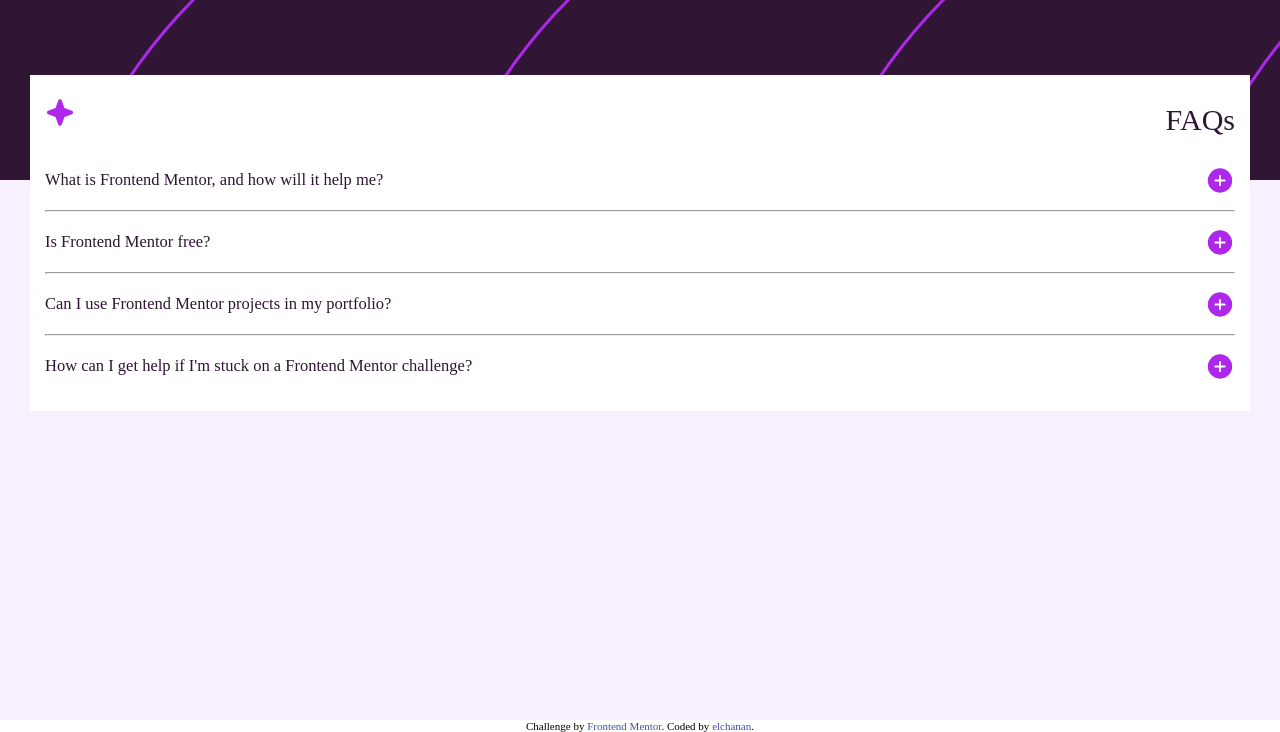
Repository: elchananChen/frontend-mentor-projects
Page: 2024/10/faQs/index.html
These files come from the project's save history. The page is drawn as it stood at one moment and after the next save; the edit follows.
The browser window is 1280 px wide. The pictures show the whole page.

Above is the page before, as saved 2024-10-13 22:57:55.

After the next save:
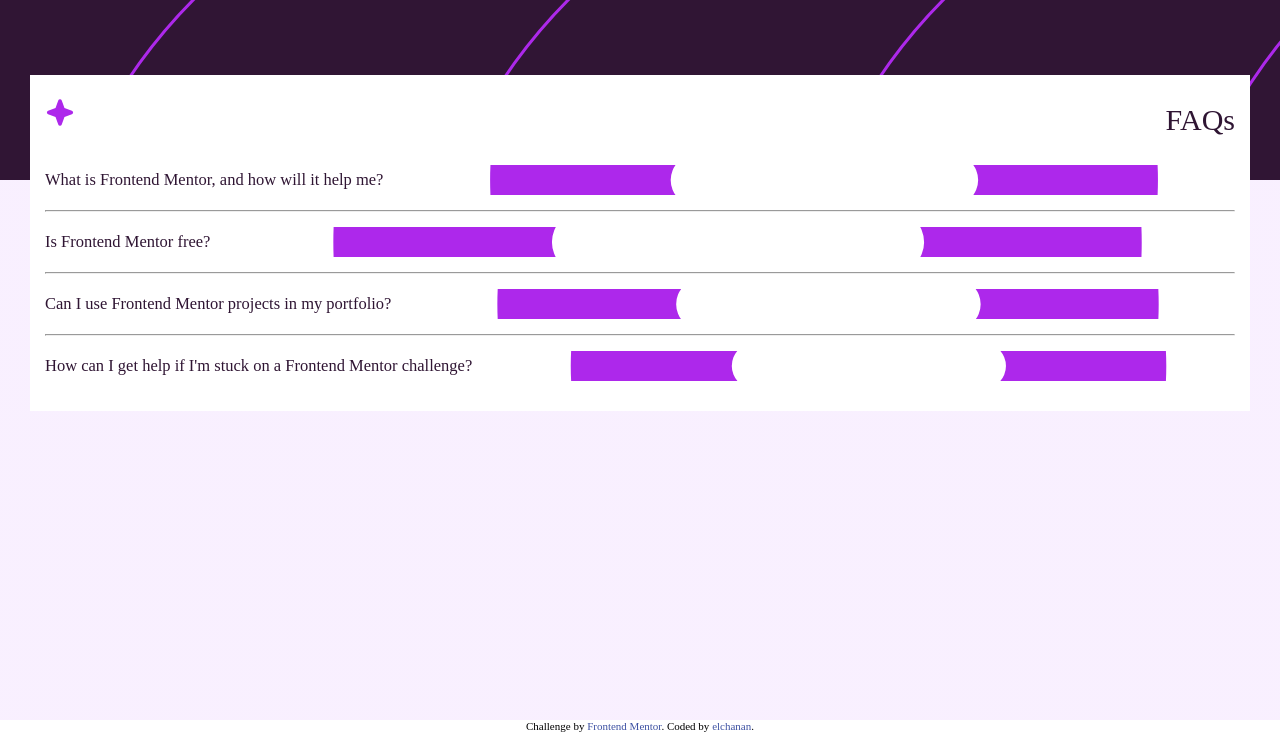
Saved 17 s later.
--- a/2024/10/faQs/style.css
+++ b/2024/10/faQs/style.css
@@ -49,5 +49,5 @@
   width: 2rem;
   height: 2rem;
   object-fit: cover;
-  fle
+  flex-grow: 1;
 }

After the save that followed:
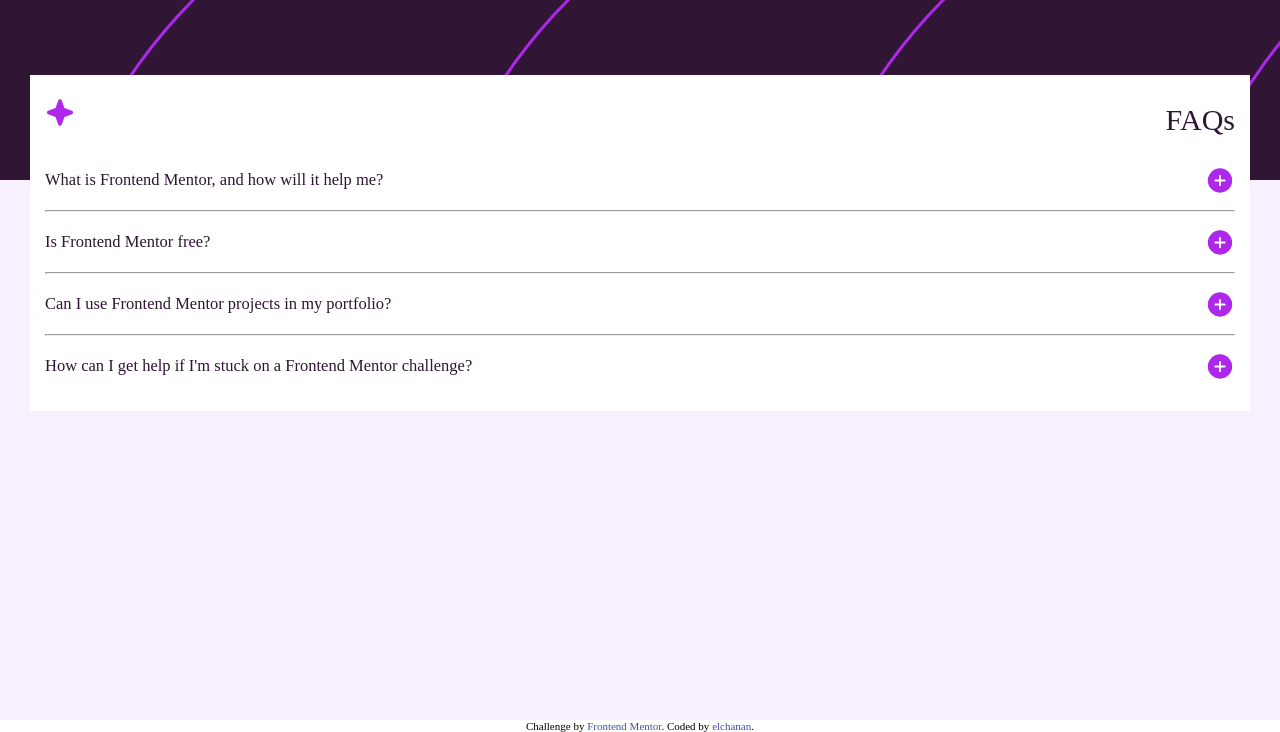
Saved 13 min 42 s later.
--- a/2024/10/faQs/style.css
+++ b/2024/10/faQs/style.css
@@ -49,5 +49,4 @@
   width: 2rem;
   height: 2rem;
   object-fit: cover;
-  flex-grow: 1;
 }
